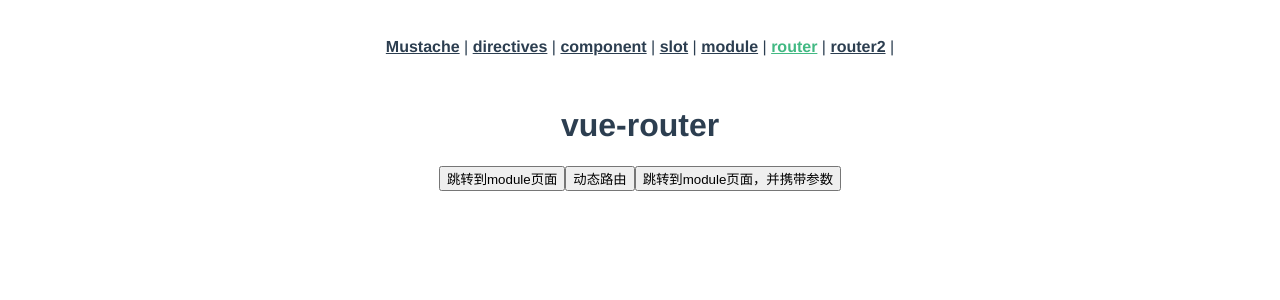
Repository: yeyanghui0616/my-vue2-learning
Page: /router
The author's editor kept a copy of each file at every save. The page is drawn from the files as they stood at one save, then again after a run of saves.
The browser window is 1280 px wide. The pictures show the whole page.
The project was rebuilt for these pictures with package versions that can differ from the ones it lists, and the page was loaded fresh each time. Also part of the build but not shown: src/views/Mustache.vue, src/components/globalComponent.vue.

Above is the page before, as saved 2023-08-30 22:23:52.

After the next 3 saves:
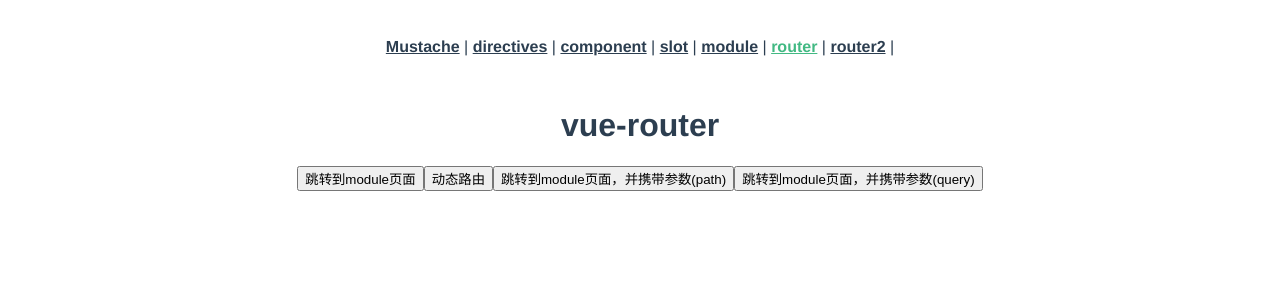
The 3 saves are shown as one change because they came seconds apart.
The last was saved 16 s later.
--- a/src/views/router.vue
+++ b/src/views/router.vue
@@ -3,7 +3,8 @@
     <h1>vue-router</h1>
     <button @click="jumpModulePage">跳转到module页面</button>
     <button @click="jumpModulePage2">动态路由</button>
-    <button @click="jumpModulePage3">跳转到module页面，并携带参数</button>
+    <button @click="jumpModulePage3">跳转到module页面，并携带参数(path)</button>
+    <button @click="jumpModulePage3">跳转到module页面，并携带参数(query)</button>
   </div>
   <!--
     $route和$router是有区别的
